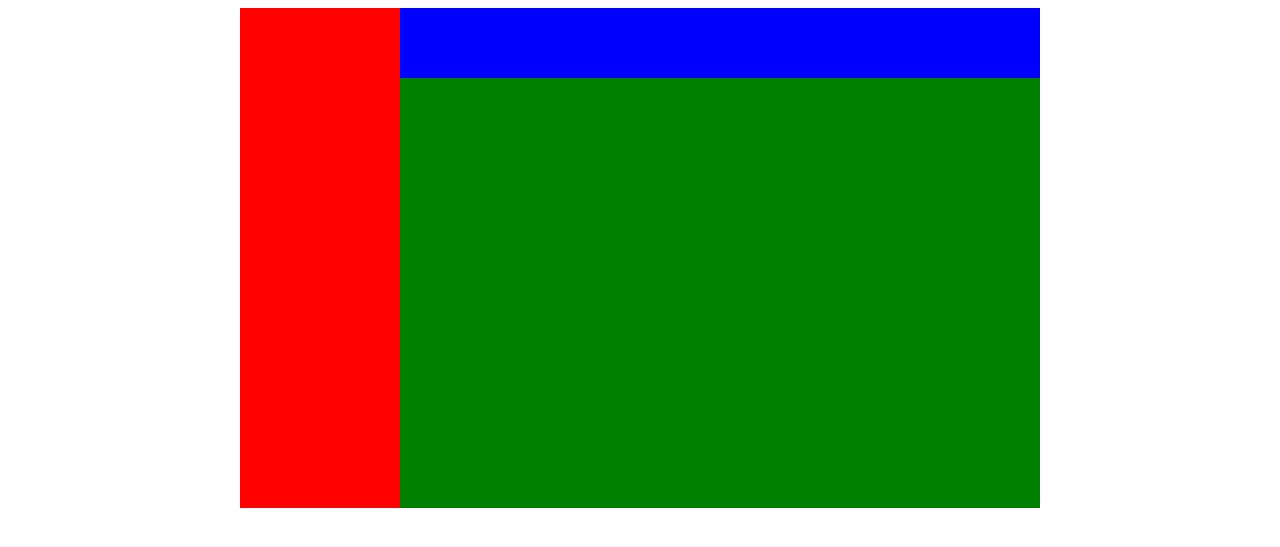
Repository: chathura226/SeekWork_Group_Project_I
Page: http://localhost/
The author's editor kept a copy of each file at every save. The page is drawn from the files as they stood at one save, then again after the next save.
The browser window is 1280 px wide. The pictures show the whole page.
The page is run by PHP 8.4 with error messages shown; the project is at /var/www/html/.

Above is the page before, as saved 2023-12-01 16:15:38.

After the next save:
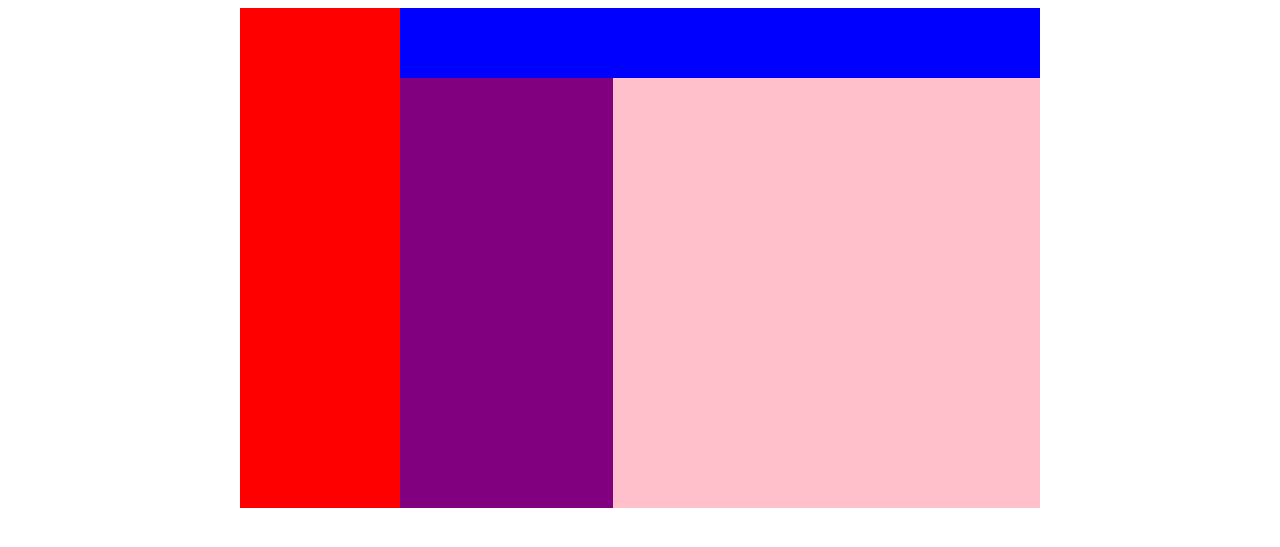
Saved 39 s later.
--- a/chat/index.php
+++ b/chat/index.php
@@ -39,6 +39,7 @@
         #inner_left_pannel{
             background-color:purple;
             flex:1;
+            min-height:430px
 
 
         }
@@ -46,7 +47,7 @@
         #inner_right_pannel{
             background-color:pink;
             flex:2;
-            min-height:
+            min-height:430px;
 
 
         }
